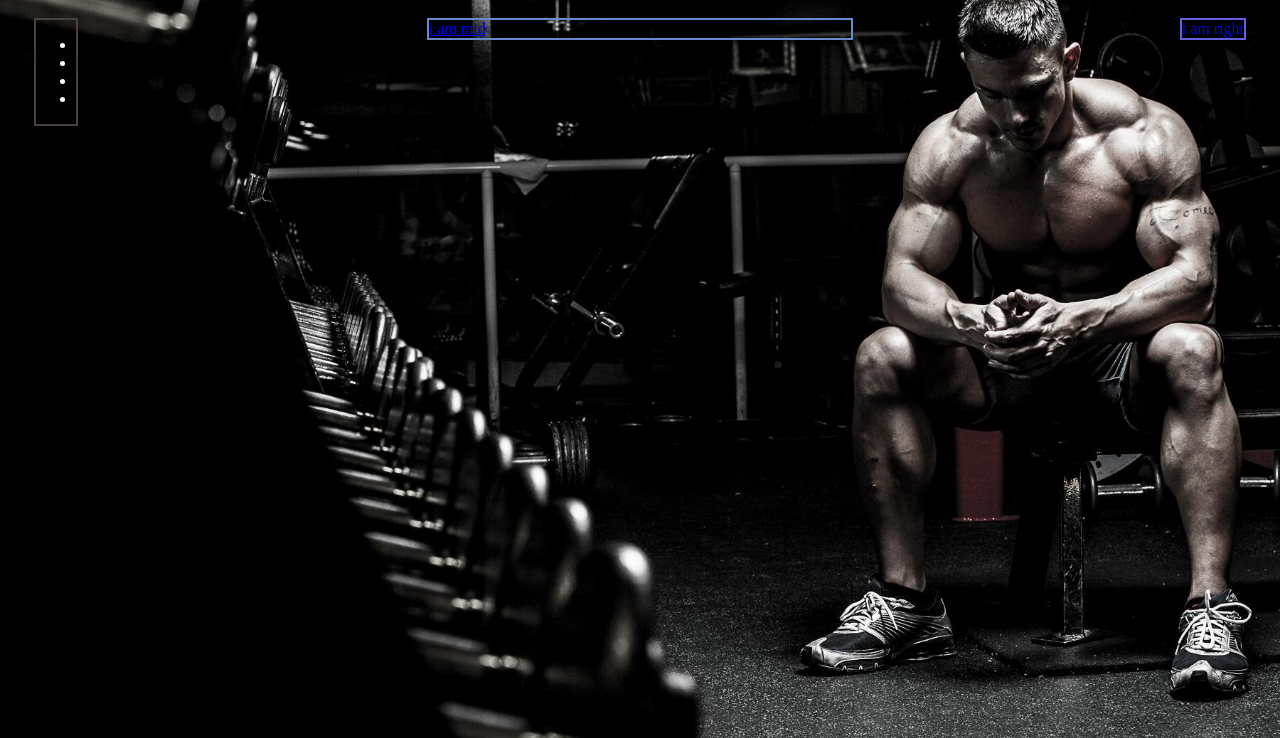
Repository: asthaasquare/project-1
Page: project-1/index.html
An editor plug-in stored every save of this project. The page is shown before and after a run of saves, followed by the edit.
The browser window is 1280 px wide. The pictures show the whole page.

Above is the page before, as saved 2024-05-09 10:47:42.

### project-1/index.html
<!DOCTYPE html>
<html lang="en">
  <head>
    <meta charset="UTF-8" />
    <meta name="viewport" content="width=device-width, initial-scale=1.0" />
    <title>Fit World</title>
    <style>
      body {
        color: white;
        margin: 0;
        padding: 0;
        background-image: url("img/1087639.jpg");
        background-size: cover; /* This will make sure the image covers the entire background */
        background-position: center; /* This will center the image within the container */
        height: 100vh; /* This will set the height of the background to the viewport height */
      }

      .left {
        border: 2px double rgb(75, 62, 62);
        display: inline-block;
        position: absolute;
        top: 0px;
        left: 34px;
      }

      .mid {
        margin: 18px auto;
        display: block;
        width: 33%;
        border: 2px double rgb(106, 137, 200);
      }

      .right {
        position: absolute;
        display: inline-block;
        border: 2px double rgb(100, 96, 222);
        top: 0px;
        right: 34px;
      }

      .header {
        position: relative; /* Set position to relative to allow absolute positioning of child elements */
      }
    </style>
  </head>
  <link rel="stylesheet" href="css/style.css" />
  <body>
    <header class="header">
      <div class="left">
       <ul class="navbar">
        <li><a href="#>"</li>
        <li><a href="#>"About Us</li>
        <li><a href="#>"Fitness Calculator</li>
        <li><a href="#>"Contact Us</li>
       </ul>
      </div>
      <div class="mid">i am mid</div>
      <div class="right">i am right</div>
    </header>
  </body>
</html>

Loaded but not shown: project-1/css/style.css (no stored copy; drawn as an empty file)

After the next 2 saves:
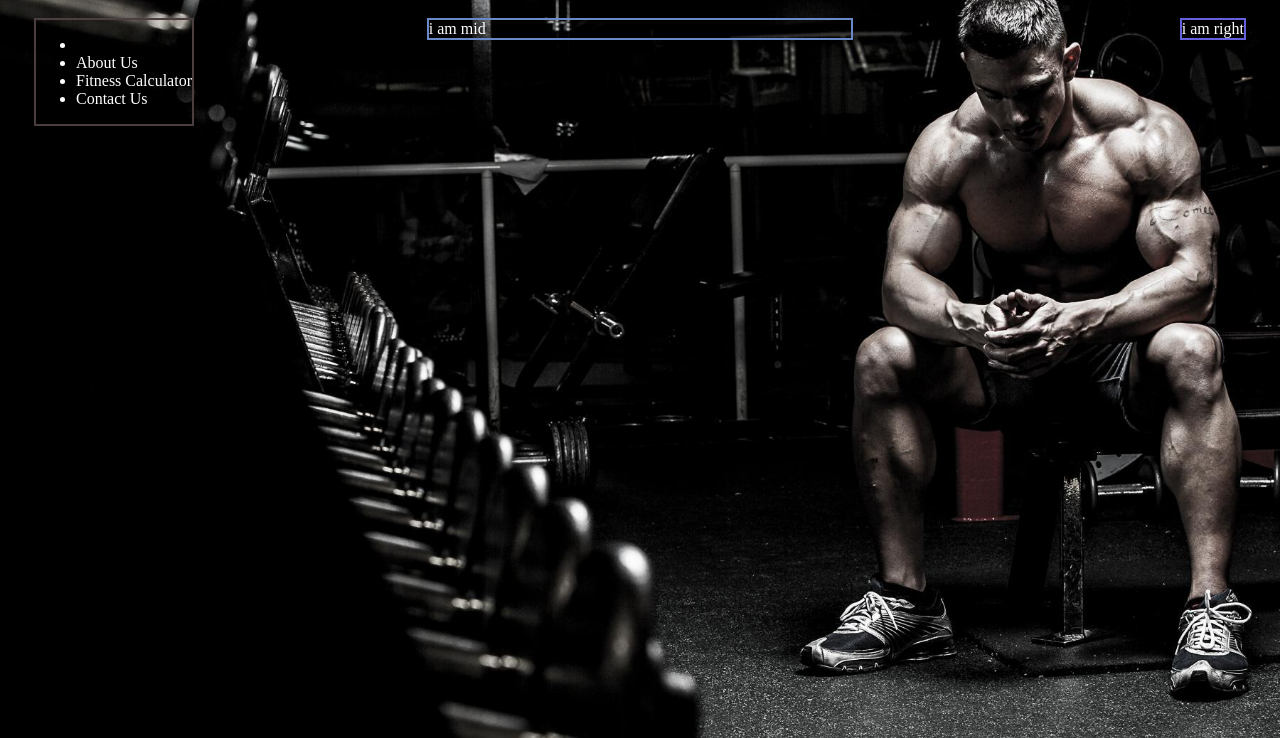
The 2 saves are shown as one change because they came seconds apart.
The last was saved 6 s later.
--- a/project-1/index.html
+++ b/project-1/index.html
@@ -48,10 +48,10 @@
     <header class="header">
       <div class="left">
        <ul class="navbar">
-        <li><a href="#>"</li>
-        <li><a href="#>"About Us</li>
-        <li><a href="#>"Fitness Calculator</li>
-        <li><a href="#>"Contact Us</li>
+        <li><a href="#"></a></li>
+        <li><a href="#"></a>About Us</li>
+        <li><a href="#"></a>Fitness Calculator</li>
+        <li><a href="#"></a>Contact Us</li>
        </ul>
       </div>
       <div class="mid">i am mid</div>
